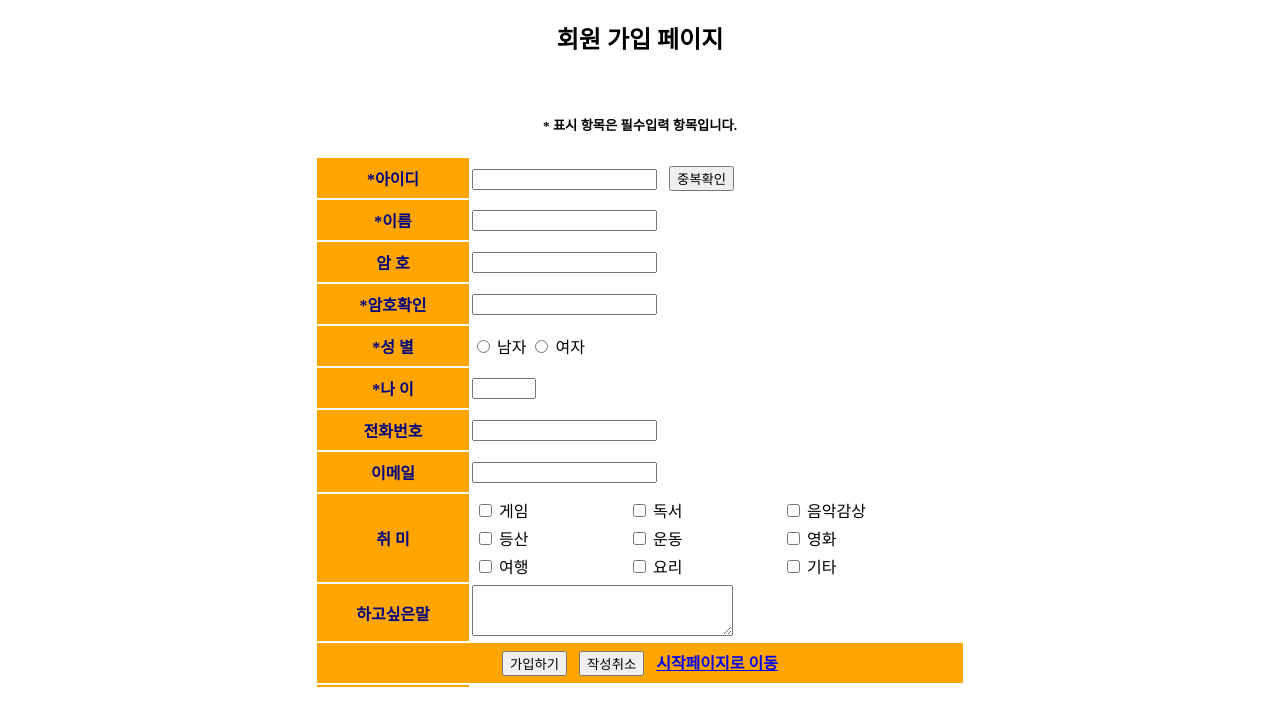
Repository: Yunsunyong/Spring
Page: http://localhost/first/WEB-INF/views/member/enrollPage.jsp
The author's editor kept a copy of each file at every save. The page is drawn from the files as they stood at one save, then again after the next save.
The browser window is 1280 px wide. The pictures show the whole page.
The page is served by Tomcat 9. Nobody is signed in. Other server files are loaded and not shown. The template is opened directly, without the code that normally fills it, so the values that code supplies are empty.

Above is the page before, as saved 2019-04-18 07:11:38.

### 190419 Spring ajax까지/framework_workspace/first/src/main/webapp/WEB-INF/views/member/enrollPage.jsp
<%@ page language="java" contentType="text/html; charset=UTF-8"
    pageEncoding="UTF-8"%>
<!DOCTYPE html>
<html>
<head>
<meta charset="UTF-8">
<title>회원가입</title>
<style type="text/css">
	section form table th {
		background: orange;
		color: navy;
		font-weight: bold;
	}
</style>
<script type="text/javascript" src="../../../resources/js/jquery-3.3.1.min.js"></script>
<script type="text/javascript">
	function checkId(){
		//서버로 입력된 아이디값을 전송해서 존재하는 아이디인지
		//확인 요청하고, 결과를 받아서 사용여부 처리하는 함수임
		//jQuery.ajax() 사용
		$.ajax({
			url: "/testm/chkid",
			type: "post",
			data: {userid: $("#userid").val()},
			success: function(data){
				console.log("success : " + data);

				if(data == "ok"){
					alert("사용 가능한 아이디입니다.");
					$("#username").focus();
				}else{
					alert("이미 사용중인 아이디입니다..\n 다시 입력하십시오.")
					$("#userid").select();
				}
			},
			error: function(jqXHR, textStatus, errorThrown){
				console.log("error: " + jqXHR + ", " + textStatus + ", " + errorThrown);
			}
		});

		return false;	//클릭 이벤트 전달막음
	}

	$(function(){
		//암호확인 입력상자가 focus 가 사라졌을 때
		$("#userpwd2").blur(function(){
			console.log("포커스 사라짐");
			var pwd1 = $("#userpwd1").val();
			var pwd2 = $("#userpwd2").val();

			if(pwd1 != pwd2){
				alert("암호와 암호확인이 일치하지 않습니다.\n 다시 입력하십시오.");
				$("#userpwd1").select();
			}
		});
	});
</script>
</head>
<body>
<c:import >
<section>
	<h2 align="center">회원 가입 페이지</h2>
	<br>
	<h5 align="center">* 표시 항목은 필수입력 항목입니다.</h5>
	<form action="minsert.do" method="post" enctype="multipart/form-data">
	<table width="650" align="center">
	<tr height="40">
		<th width="150">*아이디</th>
		<td><input type="text" name="userid" id="userid" required>
		&nbsp; <button onclick="return checkId();">중복확인</button></td>
	</tr>
	<tr height="40">
		<th width="150">*이름</th>
		<td><input type="text" id="username" name="username" required></td>
	</tr>
	<tr height="40">
		<th width="150">암 호</th>
		<td><input type="password" id="userpwd1" name="userpwd" required></td>
	</tr>
	<tr height="40">
		<th width="150">*암호확인</th>
		<td><input type="password" id="userpwd2" required></td>
	</tr>
	<tr height="40">
		<th width="150">*성 별</th>
		<td>
			<input type="radio" name="gender" value="M"> 남자
			<input type="radio" name="gender" value="F"> 여자
		</td>
	</tr>
	<tr height="40">
		<th width="150">*나 이</th>
		<td>
			<input type="number" name="age" min="20" max="100" required>
		</td>
	</tr>
	<tr height="40">
		<th width="150">전화번호</th>
		<td><input type="tel" name="phone"></td>
	</tr>
	<tr height="40">
		<th width="150">이메일</th>
		<td><input type="email" name="email"></td>
	</tr>
	<tr height="40">
		<th width="150">취 미</th>
		<td>
		<table>
		<tr>
			<td width="150"><input type="checkbox" name="hobby" value="game"> 게임</td>
			<td width="150"><input type="checkbox" name="hobby" value="reading"> 독서</td>
			<td width="150"><input type="checkbox" name="hobby" value="music"> 음악감상</td>
		</tr>
		<tr>
			<td width="150"><input type="checkbox" name="hobby" value="climb"> 등산</td>
			<td width="150"><input type="checkbox" name="hobby" value="sport"> 운동</td>
			<td width="150"><input type="checkbox" name="hobby" value="movie"> 영화</td>
		</tr>
		<tr>
			<td width="150"><input type="checkbox" name="hobby" value="travel"> 여행</td>
			<td width="150"><input type="checkbox" name="hobby" value="cook"> 요리</td>
			<td width="150"><input type="checkbox" name="hobby" value="etc"> 기타</td>
		</tr>
		</table>
		</td>
	</tr>
	<tr height="40">
		<th width="150">하고싶은말</th>
		<td><textarea name="etc" rows="3" cols="30"></textarea></td>
	</tr>
	<tr height="40">
		<th colspan="2">
		<input type="submit" value="가입하기"> &nbsp;
		<input type="reset" value="작성취소"> &nbsp;
		<a href="/testm/index.jsp">시작페이지로 이동</a>
		</th>
	</tr>
	<tr>
		<th></th>
	</tr>
	</table>
	</form>
</section>
</body>
</html>

Loaded but not shown: 190419 Spring ajax까지/framework_workspace/first/src/main/webapp/resources/js/jquery-3.3.1.min.js (library)

After the next save:
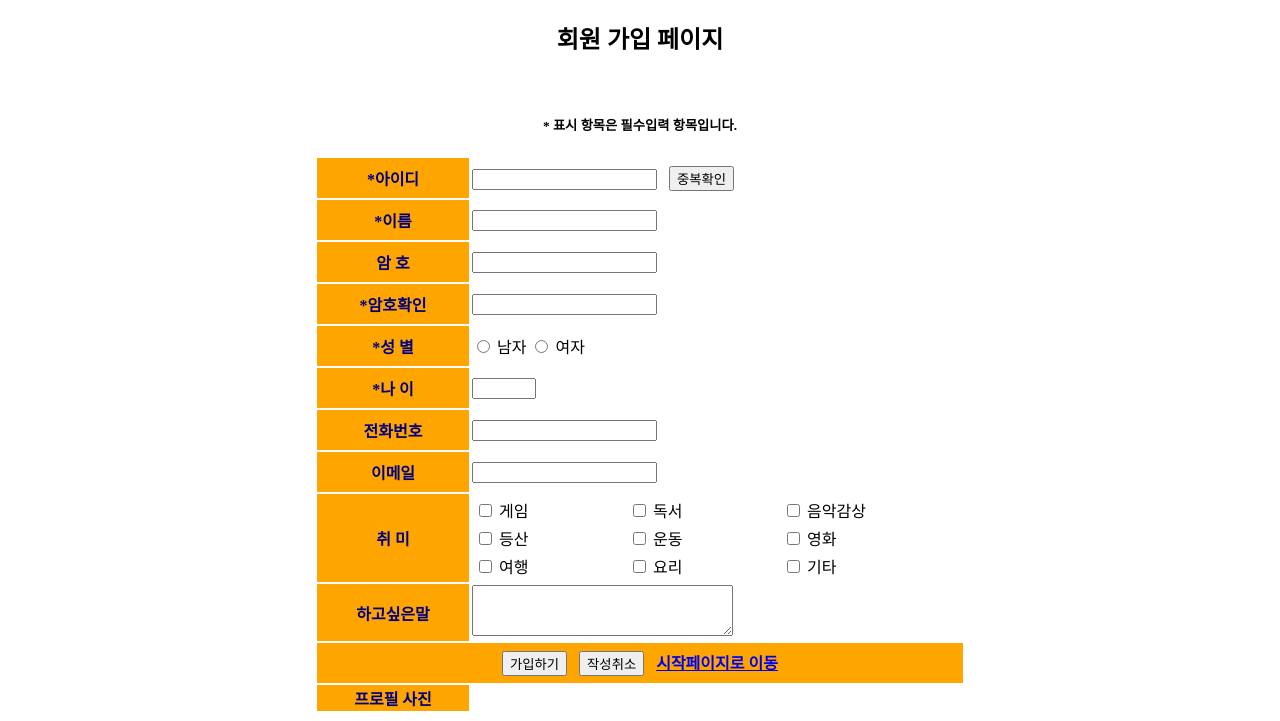
Saved 3 s later.
--- a/190419 Spring ajax까지/framework_workspace/first/src/main/webapp/WEB-INF/views/member/enrollPage.jsp
+++ b/190419 Spring ajax까지/framework_workspace/first/src/main/webapp/WEB-INF/views/member/enrollPage.jsp
@@ -136,7 +136,7 @@
 		</th>
 	</tr>
 	<tr>
-		<th></th>
+		<th>프로필 사진</th>
 	</tr>
 	</table>
 	</form>
